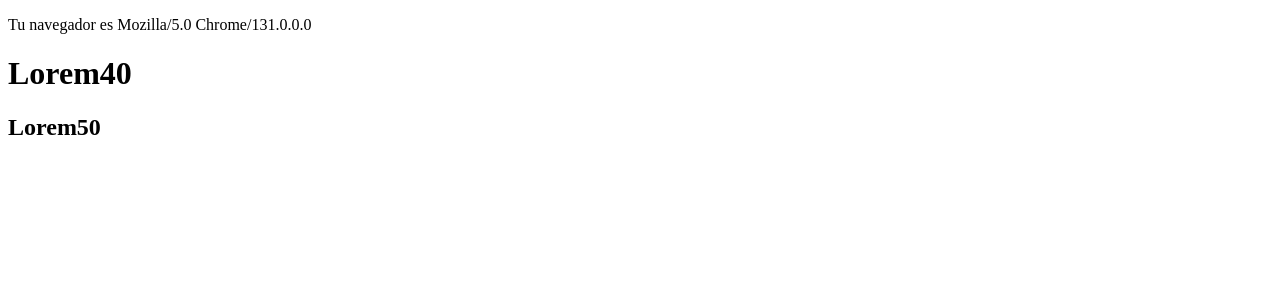
Repository: Carlos-Mar14/JAVA-JEE
Page: http://localhost/Practic2/
An editor plug-in stored every save of this project. The page is shown before and after the next save, followed by the edit.
The browser window is 1280 px wide. The pictures show the whole page.
Some web fonts or font styles are not loaded; a fallback is used. The page is served by Tomcat 9.

Above is the page before, as saved 2024-06-05 16:48:16.

### Practic2/src/main/webapp/index.jsp
<%@ page language="java" contentType="text/html; charset=UTF-8"
    pageEncoding="UTF-8"%>

<!DOCTYPE html>
<html>
<head>
    <link rel="preconnect" href="https://fonts.googleapis.com">
    <link rel="preconnect" href="https://fonts.gstatic.com" crossorigin>
    <link href="https://fonts.googleapis.com/css2?family=Dancing+Script:wght@400..700&display=swap" rel="stylesheet">
    <style>
        /* Use a unique and descriptive class name */
        .dancing-script-custom {
            font-family: "Dancing Script", cursive;
            font-optical-sizing: auto;
            font-weight: 400; /* Use a value from 400 to 700 */
            font-style: normal;
        }
    </style>
</head>
<body >
    <p class="dancing-script-custom">
        Tu navegador es <%= request.getHeader("user-agent") %>
    </p>
    <h1>
    	Lorem40
    </h1>
    <h2>
    	Lorem50
    </h2>
</body>
</html>

After the next save:
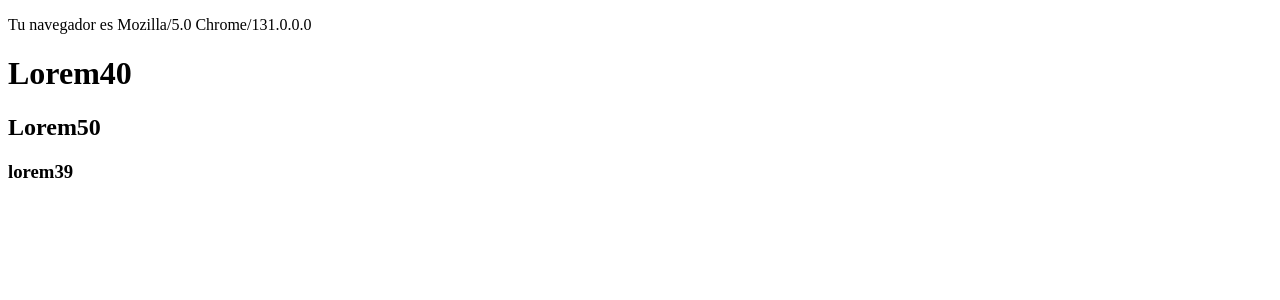
Saved 2 min 41 s later.
--- a/Practic2/src/main/webapp/index.jsp
+++ b/Practic2/src/main/webapp/index.jsp
@@ -27,5 +27,8 @@
     <h2>
     	Lorem50
     </h2>
+    <h3>
+    	lorem39
+    </h3>
 </body>
 </html>
